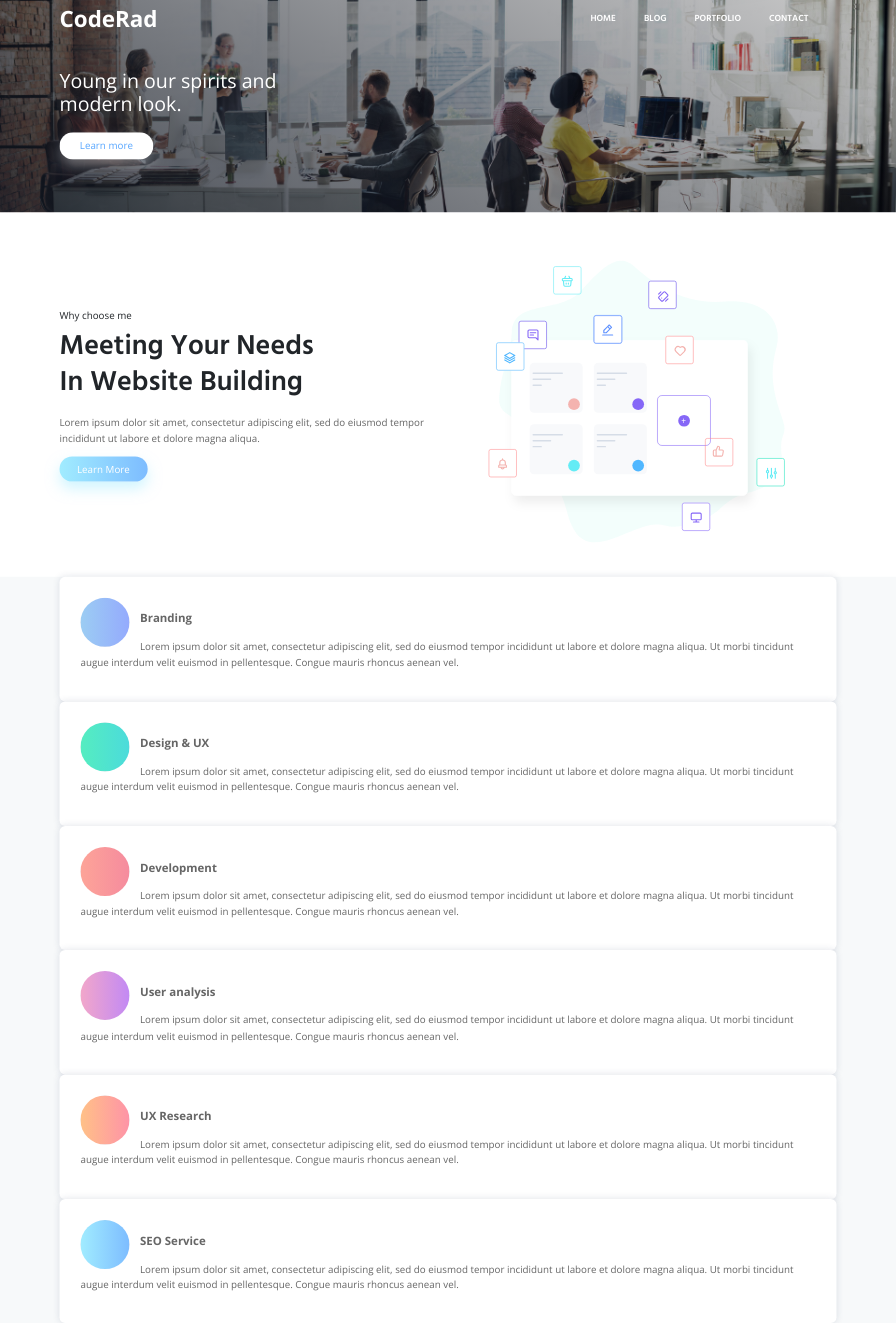
Repository: Sc-Juju/CodeRad
Page: index.html
The author's editor kept a copy of each file at every save. The page is drawn from the files as they stood at one save, then again after the next save.
The browser window is 1280 px wide. The pictures show the whole page, at 70% of full size.

Above is the page before, as saved 2022-11-10 11:15:41.

### index.html
<!DOCTYPE html>
<html>
	<head>
		<meta charset="utf-8" />
		<meta http-equiv="X-UA-Compatible" content="IE=edge" />
		<title>CodeRad</title>
		<meta name="description" content="" />
		<meta name="viewport" content="width=device-width, initial-scale=1" />

		<link
			href="https://fonts.googleapis.com/css2?family=Open+Sans:wght@300;400;600;700&display=swap"
			rel="stylesheet"
		/>
		<link
			href="https://fonts.googleapis.com/css2?family=Hind:wght@300;400;500;600;700&display=swap"
			rel="stylesheet"
		/>

		<link rel="stylesheet" href="./css/default.css" />
		<link rel="stylesheet" href="./css/styles.css" />
		<link rel="stylesheet" href="./css/responsive.css" />
	</head>
	<body>
		<nav class="navbar nav">
			<div class="container">
				<button
					class="navbar-toggler"
					aria-expanded="false"
					aria-controls="navbarDropdown"
				>
					<span>&#9776;</span>
				</button>
				<a class="navbar-brand" href="index.html">CodeRad</a>
				<ul class="navbar-nav">
					<li class="nav-link">
						<a href="#">Home</a>
					</li>

					<li class="nav-link">
						<a href="#">Blog</a>
					</li>
					<li class="nav-link">
						<a href="#">Portfolio</a>
					</li>
					<li class="nav-link">
						<a href="#">Contact</a>
					</li>
				</ul>
			</div>
		</nav>

		<header class="bg-header">
			<div class="container">
				<div class="hero-wrapper">
					<h2 class="hero-header">
						Young in our spirits and <br />
						modern look.
					</h2>
					<a class="btn btn-white" href="#">Learn more</a>
				</div>
			</div>
		</header>
		<!--Why me-->
		<section>
			<div class="container why-me-wrapper">
				<div class="block-text">
					<span>Why choose me</span>
					<h2>
						Meeting Your Needs <br />
						In Website Building
					</h2>
					<p>
						Lorem ipsum dolor sit amet, consectetur adipiscing elit,
						sed do eiusmod tempor incididunt ut labore et dolore
						magna aliqua.
					</p>
					<a href="" class="btn btn-primary">Learn More</a>
				</div>
				<div>
					<img src="./CodeRad-assets/image2.svg" alt="Icon Chart" />
				</div>
			</div>
		</section>
		<!--Services-->
		<section class="bg-contrast">
			<div class="container service-grid">
				<div class="service-card">
					<span class="bg-color-1"></span>
					<div>
						<h3>Branding</h3>
						<p>
							Lorem ipsum dolor sit amet, consectetur adipiscing
							elit, sed do eiusmod tempor incididunt ut labore et
							dolore magna aliqua. Ut morbi tincidunt augue
							interdum velit euismod in pellentesque. Congue
							mauris rhoncus aenean vel.
						</p>
					</div>
				</div>
				<div class="service-card">
					<span class="bg-color-2"></span>
					<div>
						<h3>Design & UX</h3>
						<p>
							Lorem ipsum dolor sit amet, consectetur adipiscing
							elit, sed do eiusmod tempor incididunt ut labore et
							dolore magna aliqua. Ut morbi tincidunt augue
							interdum velit euismod in pellentesque. Congue
							mauris rhoncus aenean vel.
						</p>
					</div>
				</div>
				<div class="service-card">
					<span class="bg-color-3"></span>
					<div>
						<h3>Development</h3>
						<p>
							Lorem ipsum dolor sit amet, consectetur adipiscing
							elit, sed do eiusmod tempor incididunt ut labore et
							dolore magna aliqua. Ut morbi tincidunt augue
							interdum velit euismod in pellentesque. Congue
							mauris rhoncus aenean vel.
						</p>
					</div>
				</div>
				<div class="service-card">
					<span class="bg-color-4"></span>
					<div>
						<h3>User analysis</h3>
						<p>
							Lorem ipsum dolor sit amet, consectetur adipiscing
							elit, sed do eiusmod tempor incididunt ut labore et
							dolore magna aliqua. Ut morbi tincidunt augue
							interdum velit euismod in pellentesque. Congue
							mauris rhoncus aenean vel.
						</p>
					</div>
				</div>
				<div class="service-card">
					<span class="bg-color-5"></span>
					<div>
						<h3>UX Research</h3>
						<p>
							Lorem ipsum dolor sit amet, consectetur adipiscing
							elit, sed do eiusmod tempor incididunt ut labore et
							dolore magna aliqua. Ut morbi tincidunt augue
							interdum velit euismod in pellentesque. Congue
							mauris rhoncus aenean vel.
						</p>
					</div>
				</div>
				<div class="service-card">
					<span class="bg-color-6"></span>
					<div>
						<h3>SEO Service</h3>
						<p>
							Lorem ipsum dolor sit amet, consectetur adipiscing
							elit, sed do eiusmod tempor incididunt ut labore et
							dolore magna aliqua. Ut morbi tincidunt augue
							interdum velit euismod in pellentesque. Congue
							mauris rhoncus aenean vel.
						</p>
					</div>
				</div>
			</div>
		</section>
	</body>
</html>

### css/default.css
:root{
    --white:#fff;
    --black: #000;
    --font-color-base:#666;
    --font-color-dark:#212529;
    --font-color-light:#b0aebe;
    --font-color-link:#57a6ff;
    --footer:#34314b;
    --footer-base:2e2b45;
    --contrast:rgba(246, 248, 249, 0.8);
    --success: #64ecf5;
    --danger:#ff8b8d;
    --grad-1:#a1ecff;
    --grad-2:#7dbcff;


    --size-10:0.625rem;
    --size-14:0.875rem;
    --size-16:1rem;
    --size-18:1.125rem;
    --size-20:1.25rem;
    --size-30:1.875rem;
    --size-40:2.5rem;
    --size-50:3.125rem;
    --size-100:6.25rem;
    --size-150:9.375rem;
}
body{
    font-family:"Open Sans", sans-serif;
    font-weight: 400;
    font-size:0.875rem;
    line-height: 1.6;
    letter-spacing: 0;
    color: var(--font-color-base);
    margin:0;
    padding:0;
}
*,
::after,
::before{
    box-sizing: border-box;
}
ul{
    padding:0;
    margin:0;
    list-style: none;
}
a {text-decoration: none;}
p {margin-top:0;}
h2{
    font-size:1.75rem;
    font-weight:500;
    line-height:1.2;
}
img {
    width:100%;
    max-width:100%;
    vertical-align:middle;
    border-style: none;
}
.container{
    width: 100%;
    padding-left:15px;
    padding-right:15px;
    margin-right:auto;
    margin-left:auto;
}

.btn{
    display: inline-block;
    font-weight: 400;
    color: var(--font-color-dark);
    text-align: center;
    cursor: pointer;
    user-select: none;
    background-color: transparent;
    border: 1px solid transparent;
    padding: .375rem .75rem;
    border-radius:1.25rem;
    transition: ease-in-out .3s;
}
.btn-primary{
    background-image: linear-gradient(90deg, var(--grad-1)0%, var(--grad-2)100%);
    border: 1px var(--grad-1);
    box-shadow: 0 10px 20px rgba(161, 236, 255, .5);
    transition: ease-in-out .3s;
    color: var(--white);
    padding: .4375rem 1.5625rem;
}

.btn-white{
    background-color: var(--white);
    color: var(--font-color-link);
    box-shadow: 0px 10px 20px rgba(255, 255, 255, .35);
    padding: .475rem 1.75rem;
}

@media (min-width:1200px){
    .container{ max-width: 1140px; }
}

### css/styles.css
.navbar{
    position: fixed;
    top: 0;
    right: 0;
    left: 0;
    z-index: 200;
    transition: ease-in-out .3s;
}
[aria-controls="navbarDropdown"]{
    display:none;
}
.navbar-nav{
    display: flex;
    align-items: center;
}
.navbar .container{
    display: flex;
    align-items: center;
}
.navbar-brand{
    margin-right:auto;
    font-size: 2rem;
    font-weight: 700;
    width: 100%;
    transition: ease-in-out .3s;
    color: var(--white);

}
.bg-header{
    background-image: url(../CodeRad-assets/bg-header-1.jpg);
    background-color: var(--footer);
    background-repeat: no-repeat;
    background-size: cover;
    background-position:50% 20%;
    position: relative;
    z-index: 1;
    padding: 4.6875rem 0;
}
.bg-header::before{
    background-image: linear-gradient(30deg,
    rgba(21,27,38, .8)0%,
    rgba(0,0,0,.2)100%);
    position: absolute;
    content:"";
    top: 0;
    left: 0;
    right: 0;
    bottom: 0;
    width: 100%;
    height: 100%;
    z-index: -1;
}
.nav-link a{
    color: var(--white);
    font-size: .8125rem;
    font-weight: 600;
    font-family: "Hind", sans-serif;
    text-transform: uppercase;
    margin-right: 2.5rem;
    line-height: 1.25rem;
}
.hero-header{
    color: var(--white);
}
.why-me-wrapper{
    display: flex;
    align-items: center;
}
.why-me-wrapper div{
    flex: 1;
}
.block-text{
    padding-right: var(--size-50);
}
.block-text span{
    color: var(--font-color-dark);
    font-weight: 300;
}
.block-text h2{
    font-size: var(--size-40);
    font-family: "Hind", sans-serif;
    font-weight: 600;
    color: var(--font-color-dark);
    margin-bottom: var(--size-20);
    line-height: 1.3;
    margin-top: 0.5rem;
}
.bg-contrast{
    background-color: var(--contrast);
}
.service-card{
    padding: var(--size-30);
    box-shadow: 0 0 10px rgba(48, 63, 100, .15);
    background: white;
    border-radius: 8px;
}
.service-card span{
    width:4.375rem;
    height: 4.375rem;
    background: green;
    display: block;
    float: left;
    margin-right: 15px;
    border-radius: 50%;
    background: var(--font-color-light);
}
span.bg-color-1 {background-image: linear-gradient(90deg, #9ccdf3 0%, #94aafd 100%);}
span.bg-color-2 {background-image: linear-gradient(90deg, #55edc0 0%, #4bdbdb 100%);}
span.bg-color-3 {background-image: linear-gradient(90deg, #fda498 0%, #f58b9e 100%);}
span.bg-color-4 {background-image: linear-gradient(90deg, #f2a7ca 0%, #c289f4 100%);}
span.bg-color-5 {background-image: linear-gradient(90deg, #ffc187 0%, #fe93a7 100%);}
span.bg-color-6 {background-image: linear-gradient(90deg, #a1ecff 0%, #7dbcff 100%);}

Loaded but not shown: css/responsive.css (no copy from this time; the picture is the same without it)

After the next save:
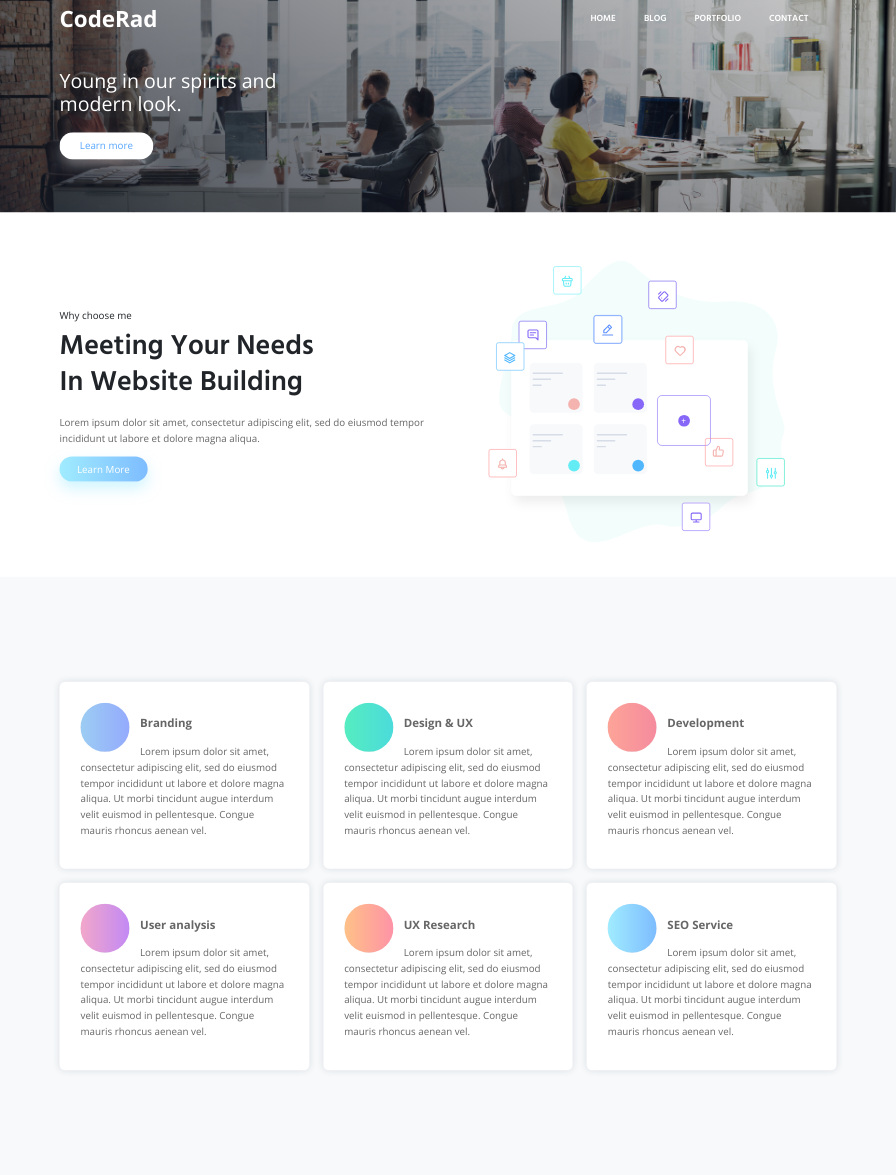
Saved 2 min 32 s later.
--- a/css/styles.css
+++ b/css/styles.css
@@ -87,6 +87,12 @@
 }
 .bg-contrast{
     background-color: var(--contrast);
+    padding: var(--size-150) 0;
+}
+.service-grid{
+    display: grid;
+    grid-template-columns: repeat(auto-fit,minmax(300px, 1fr));
+    gap: var(--size-20);
 }
 .service-card{
     padding: var(--size-30);
